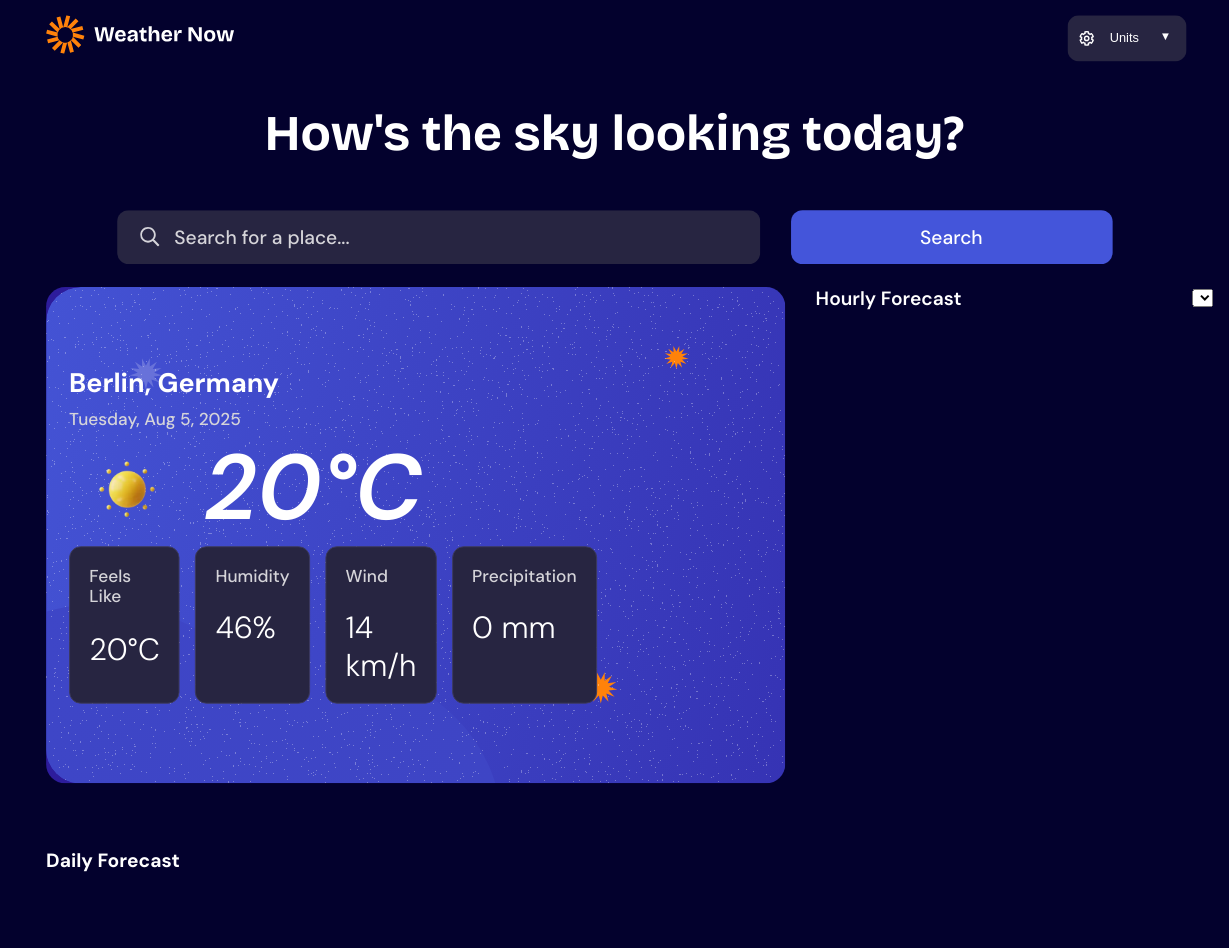
Repository: MKwaak/weather-app-main
Page: index.html
An editor plug-in stored every save of this project. The page is shown before and after the next save, followed by the edit.
The browser window is 1280 px wide. The pictures show the whole page, at 96% of full size.
The page's requests for data from a server got no answer.

Above is the page before, as saved 2026-01-29 00:19:31.

### index.html
<!doctype html>
<html lang="en">
  <head>
    <meta charset="UTF-8" />
    <meta name="viewport" content="width=device-width, initial-scale=1.0" />
    <!-- displays site properly based on user's device -->

    <link
      rel="icon"
      type="image/png"
      sizes="32x32"
      href="/assets/images/favicon-32x32.png"
    />

    <title>Frontend Mentor | Weather app</title>
    <link rel="stylesheet" href="/style.css" />
    <script src="/script.js" defer></script>

    <!-- Feel free to remove these styles or customise in your own stylesheet 👍 -->
    <style>
      .attribution {
        font-size: 11px;
        text-align: center;
      }
      .attribution a {
        color: hsl(228, 45%, 44%);
      }
    </style>
  </head>
  <body>
    <a href="#main" class="skip-link visually-hidden">skip to main content</a>

    <header class="header wrapper">
      <div class="header__content">
        <a class="header__homelink" href="/">
          <img
            class="header__logo"
            src="/assets/images/logo.svg"
            alt="Weather Now Home"
            width="197"
            height="40"
          />
        </a>

        <div class="header__units">
          <label for="ddlUnits" class="visually-hidden"
            >Temperature units</label
          >

          <div class="header__select">
            <select class="header__dropdown" name="units" id="ddlUnits">
              <option value="">Units</option>
              <option value="C">Celsius</option>
              <option value="F">Fahrenheit</option>
            </select>
          </div>
        </div>
      </div>
    </header>

    <main id="main" class="main wrapper">
      <section class="hero">
        <div class="hero__content">
          <h1 class="hero__title">How's the sky looking today?</h1>

          <form class="hero__search">
            <label for="search" class="visually-hidden">Search Location</label>
            <input
              type="text"
              id="search"
              class="hero__textbox"
              placeholder="Search for a place..."
            />
            <button class="hero__button" type="submit">Search</button>
          </form>
        </div>
      </section>

      <div class="dashboard">
        <section class="current">
          <h2 class="visually-hidden">Current Location Temperature</h2>

          <div class="current__content">
            <div class="current__weather">
              <div class="current__location">
                <div id="divCityCountry" class="current__city">
                  Berlin, Germany
                </div>
                <div id="divCurrentDate" class="current__date">
                  Tuesday, Aug 5, 2025
                </div>
              </div>

              <div class="current__info">
                <img
                  class="current__icon"
                  src="/assets/images/icon-sunny.webp"
                  alt=""
                  width="320"
                  height="320"
                />
                <div id="divCurrentTemp" class="current__temp">
                  <span>20</span>°C
                </div>
              </div>
            </div>

            <div class="current__conditions">
              <div class="block current__condition">
                <p class="current__condition-title">Feels Like</p>
                <p id="feels-like" class="current__condition-value">20°C</p>
              </div>

              <div class="block current__condition">
                <p class="current__condition-title">Humidity</p>
                <p id="humidity" class="current__condition-value">46%</p>
              </div>

              <div class="block current__condition">
                <p class="current__condition-title">Wind</p>
                <p id="wind" class="current__condition-value">14 km/h</p>
              </div>

              <div class="block current__condition">
                <p class="current__condition-title">Precipitation</p>
                <p id="precipitation" class="current__condition-value">0 mm</p>
              </div>
            </div>
          </div>
        </section>

        <section class="daily">
          <h2 class="section__title daily__title">Daily Forecast</h2>
          <div class="daily__forecast" id="dailyForecast"></div>
        </section>

        <section class="hourly">
          <div class="hourly__content">
            <div class="hourly__header">
              <h2 class="section__title hourly__title">Hourly Forecast</h2>
              <label for="hourlyDay" class="visually-hidden">Select day</label>
              <select
                name="hourly-day"
                id="hourlyDay"
                class="hourly__timeframe-select"
              >
                <!-- JS will inject current day -->
              </select>
            </div>

            <div class="hourly__hours" id="hourlyForecast">
              <!-- JS will inject hourly blocks here -->
            </div>
          </div>
        </section>
      </div>
    </main>
  </body>
</html>

### style.css
@layer global {
  /* dm-sans-300 - latin */
  @font-face {
    font-display: swap; /* Check https://developer.mozilla.org/en-US/docs/Web/CSS/@font-face/font-display for other options. */
    font-family: "DM Sans";
    font-style: normal;
    font-weight: 300;
    src: url("/assets/fonts/dm-sans-v17-latin-300.woff2") format("woff2"); /* Fixed path */
  }
  /* dm-sans-500 - latin */
  @font-face {
    font-display: swap; /* Check https://developer.mozilla.org/en-US/docs/Web/CSS/@font-face/font-display for other options. */
    font-family: "DM Sans";
    font-style: normal;
    font-weight: 500;
    src: url("/assets/fonts/dm-sans-v17-latin-500.woff2") format("woff2"); /* Fixed path */
  }
  /* dm-sans-600 - latin */
  @font-face {
    font-display: swap; /* Check https://developer.mozilla.org/en-US/docs/Web/CSS/@font-face/font-display for other options. */
    font-family: "DM Sans";
    font-style: normal;
    font-weight: 600;
    src: url("/assets/fonts/dm-sans-v17-latin-600.woff2") format("woff2"); /* Fixed path */
  }
  /* dm-sans-600italic - latin */
  @font-face {
    font-display: swap; /* Check https://developer.mozilla.org/en-US/docs/Web/CSS/@font-face/font-display for other options. */
    font-family: "DM Sans";
    font-style: italic;
    font-weight: 600;
    src: url("/assets/fonts/dm-sans-v17-latin-600italic.woff2") format("woff2"); /* Fixed path */
  }
  /* dm-sans-700 - latin */
  @font-face {
    font-display: swap; /* Check https://developer.mozilla.org/en-US/docs/Web/CSS/@font-face/font-display for other options. */
    font-family: "DM Sans";
    font-style: normal;
    font-weight: 700;
    src: url("/assets/fonts/dm-sans-v17-latin-700.woff2") format("woff2"); /* Fixed path */
  }

  /* bricolage-grotesque-regular - latin */
  @font-face {
    font-display: swap; /* Check https://developer.mozilla.org/en-US/docs/Web/CSS/@font-face/font-display for other options. */
    font-family: "Bricolage Grotesque";
    font-style: normal;
    font-weight: 400;
    src: url("/assets/fonts/bricolage-grotesque-v9-latin-regular.woff2")
      format("woff2"); /* Fixed path */
  }
  /* bricolage-grotesque-700 - latin */
  @font-face {
    font-display: swap; /* Check https://developer.mozilla.org/en-US/docs/Web/CSS/@font-face/font-display for other options. */
    font-family: "Bricolage Grotesque";
    font-style: normal;
    font-weight: 700;
    src: url("/assets/fonts/bricolage-grotesque-v9-latin-700.woff2")
      format("woff2"); /* Fixed path */
  }

  :root {
    --c-neutral-900: hsl(243, 96%, 9%);
    --c-neutral-800: hsl(243, 27%, 20%);
    --c-neutral-700: hsl(243, 23%, 24%);
    --c-neutral-600: hsl(243, 23%, 30%);
    --c-neutral-300: hsl(240, 6%, 70%);
    --c-neutral-200: hsl(250, 6%, 84%);
    --c-neutral-0: hsl(0, 0%, 100%);
    --c-orange-500: hsl(28, 100%, 52%);
    --c-blue-500: hsl(233, 67%, 56%);
    --c-blue-700: hsl(248, 70%, 36%);

    --color-main-bg: var(--c-neutral-900);
    --color-panel-bg-dark: var(--c-neutral-800);
    --color-panel-bg-dark-hover: var(--c-neutral-700);
    --color-panel-bg-medium: var(--c-neutral-700);
    --color-panel-bg-light: var(--c-neutral-600);
    --color-panel-border: var(--c-neutral-600);
    --color-text-light: var(--c-neutral-0);
    --color-text-med-light: var(--c-neutral-200);
    --color-button-bg: var(--c-blue-500);
    --color-button-bg-hover: var(--c-blue-700);

    --fs-96: calc(96 / 16 * 1rem);
    --fs-52: calc(52 / 16 * 1rem);
    --fs-32: calc(32 / 16 * 1rem);
    --fs-28: calc(28 / 16 * 1rem);
    --fs-20: calc(20 / 16 * 1rem);
    --fs-18: calc(18 / 16 * 1rem);
    --fs-16: calc(16 / 16 * 1rem);
    --fs-14: calc(14 / 16 * 1rem);

    --font-size-h1: var(--fs-52);
    --font-size-dropdown: var(--fs-14);
    --font-size-search: var(--fs-20);
    --font-size-city: var(--fs-28);
    --font-size-date: var(--fs-18);
    --font-size-temp: var(--fs-96);
    --font-size-panel-title: var(--fs-18);
    --font-size-panel-value: var(--fs-32);
    --font-size-forecast-title: var(--fs-20);
    --font-size-forecast-day: var(--fs-18);
    --font-size-forecast-temp: var(--fs-16);
    --font-size-forecast-dropdown: var(--fs-16);
    --font-size-forecast-hour: var(--fs-20);

    @media (width >= calc(700 / 16 * 1rem)) {
      --font-size-dropdown: var(--fs-16);
    }

    --color-white: hsl(0, 0%, 100%);
    --color-light-blue: hsl(223, 64%, 98%);
    --color-light-grayish-blue: hsl(223, 23%, 93%);
    --color-dark-grayish-blue: hsl(219, 14%, 63%);
    --color-very-dark-blue: hsl(218, 23%, 16%);
    --font-family-primary: "DM Sans", sans-serif; /* Removed duplicate */
    --font-family-secondary:
      "Bricolage Grotesque", sans-serif; /* Removed duplicate */
  }

  *,
  *::before,
  *::after {
    box-sizing: border-box;
  }
  * {
    margin: 0;
  }

  img {
    max-width: 100%;
  }

  body {
    font-family: "DM Sans", Arial, Helvetica, sans-serif;
    font-weight: 500;
    background-color: var(--color-main-bg);
    color: var(--color-text-light);
    line-height: 1.2;
    padding-block-end: 80px;
  }

  h1 {
    font-family: "Bricolage Grotesque", Arial, Helvetica, sans-serif;
  }

  input,
  button,
  textarea {
    font: inherit;
    width: 100%;
    border: none;
  }

  .wrapper {
    display: grid;
    /* Gebruik 'minmax' voor de middelste kolom om stabiliteit te forceren */
    grid-template-columns:
      1fr
      minmax(0, calc(1200 / 16 * 1rem))
      1fr;
    padding-inline: 16px; /* Dit vervangt die calc(100% - 32px) logica op een cleanere manier */

    @media (width >= calc(700 / 16 * 1rem)) {
      grid-template-columns:
        1fr
        minmax(0, calc(1184 / 16 * 1rem))
        1fr;
      padding-inline: 24px;
    }

    > * {
      grid-column: 2;
    }
  }

  .visually-hidden {
    position: absolute;
    left: -10000px;
    top: auto;
    width: 1px;
    height: 1px;
    overflow: hidden;
  }

  .main {
    width: 100%;
    max-width: 1280px; /* pick a number and stick to it */
    margin-inline: auto;
    padding-inline: 24px;
  }

  .dashboard {
    display: grid;
    gap: 32px;
    grid-template-areas:
      "current"
      "daily"
      "hourly";
    @media (width >= calc(1000 / 16 * 1rem )) {
      gap: 48px 32px;
      grid-template-columns: minmax(0, 2fr) minmax(0, 1fr);
      grid-template-areas:
        "current current hourly"
        "daily daily hourly";
    }
  }

  .block {
    background-color: var(--color-panel-bg-dark);
    border: 1px solid var(--color-panel-border);
    border-radius: 12px;
  }

  .visually-hidden {
    position: absolute !important;
    width: 1px;
    height: 1px;
    padding: 0;
    margin: -1px;
    overflow: hidden;
    clip: rect(0, 0, 0, 0);
    clip-path: inset(50%);
    white-space: nowrap;
    border: 0;
  }

  .skip-link:focus {
    position: absolute;
    left: 16px;
    right: 16px;
    width: auto;
    height: auto;
    margin: 0;
    clip-path: none;
    white-space: normal;
    background-color: var(--color-main-bg);
    color: var(--color-text-light);
    padding: 10px 14px;
    z-index: 1000;
  }
}

@layer component {
  .header {
    .header__content {
      display: flex;
      align-items: center;
      justify-content: space-between;
      padding-block-start: 16px;
    }

    .header__homelink {
    }
    .header__logo {
      width: calc(137 / 16 * 1rem);

      @media screen and (width >= calc(700 / 16 * 1rem)) {
        width: calc(197 / 16 * 1rem);
      }
    }

    .header__select {
      position: relative;
      width: 120px;
      height: 44px;
      overflow: visible; /* important for debugging */
    }

    .header__select::after {
      content: "▼";
      position: absolute;
      right: 12px;
      top: 50%;
      transform: translateY(-50%);
      font-size: 12px;
      color: white;
      pointer-events: none;
    }

    .header__dropdown {
      /*background-image: url("/assets/images/icon-units.svg"); This line is in HTML */
      appearance: none;
      -webkit-appearance: none;
      -moz-appearance: none;

      height: 48px;
      padding: 0 1rem 0 2.75rem;
      line-height: 48px;

      background-color: var(--color-panel-bg-dark);
      background-image: url("/assets/images/icon-units.svg");
      background-repeat: no-repeat;
      background-position: 0.75rem center;
      background-size: 16px;

      color: var(--color-text-light);
      border: none;
      border-radius: 12px;
      cursor: pointer;
    }
  }

  .hero {
    .hero__content {
      display: grid;
      justify-items: stretch; /* Dwingt kinderen om breedte te pakken */
      padding-block-start: 48px;
      width: 100%;
    }

    .hero__title {
      font-size: var(--font-size-h1);
      margin-block-end: 48px;
      text-align: center;
      line-height: 1.2;

      @media (width < calc(1000 / 16 * 1rem)) {
        max-width: 15ch;
      }
    }

    /* Hero search container */
    .hero__search {
      display: grid;
      grid-template-columns: 1fr;
      gap: 16px;

      /* MATCH DE DASHBOARD-LOGICA: */
      width: 100%;
      max-width: 1037px; /* Zorg dat dit exact gelijk is aan de max-width van je dashboard */
      margin-inline: auto; /* Dit centreert de balk, net zoals bij het dashboard */
      margin-block-end: 24px;

      @media (min-width: calc(1000 / 16 * 1rem)) {
        /* Gebruik exact dezelfde kolommen en gap als in je dashboard */
        grid-template-columns: 2fr 1fr;
        gap: 32px;
        align-items: center;
      }
    }

    /* Input box */
    .hero__textbox {
      appearance: none;
      -webkit-appearance: none;

      background-color: var(--color-panel-bg-dark);
      background-image: url("/assets/images/icon-search.svg");
      background-repeat: no-repeat;
      background-position: 24px center;
      color: var(--color-text-light);
      font-size: var(--font-size-search);
      padding: 16px 20px 16px 60px;
      border: none;
      border-radius: 12px;
      width: 100%; /* fill available space in grid */
      min-width: 0; /* allow shrinking in grid */
      box-sizing: border-box; /* include padding in width */
    }

    /* remove default focus outline */
    .hero__textbox:focus {
      outline: none;
    }

    /* accessible keyboard focus */
    .hero__textbox:focus-visible {
      box-shadow: 0 0 0 2px var(--color-panel-border);
    }

    /* placeholder text */
    .hero__textbox::placeholder {
      color: var(--color-text-med-light);
    }

    /* hover */
    .hero__textbox:hover {
      background-color: var(--color-panel-bg-dark-hover);
    }

    .hero__textbox:-webkit-autofill {
      -webkit-box-shadow: 0 0 0 1000px var(--color-panel-bg-dark) inset;
      -webkit-text-fill-color: var(--color-text-light);
    }

    /* Search button */
    .hero__button {
      background-color: var(--c-blue-500);
      border-radius: 12px;
      font-size: var(--font-size-search);
      color: var(--color-text-light);
      padding: 16px 24px; /* keep top/bottom padding */
      transition: background-color 120ms ease-in-out;
      height: 100%; /* match input height when side-by-side */
    }

    .hero__button:hover {
      /* Fixed nested selector */
      background-color: var(--color-button-bg-hover);
      cursor: pointer;
    }
  }

  .current {
    grid-area: current;
    min-width: 0; /* allow shrinking in grid */
    width: 100%; /* Dwingt de container op de grid-breedte *

    .current__weather {
      /* --- Standaard styles (Mobile First) --- */
      display: flex;
      flex-direction: column;
      gap: 16px;
      margin-block-end: 20px;
      padding: 40px 24px;
      /* width: 100%;  Cruciaal */
      background-image: url(/assets/images/bg-today-small.svg);
      background-repeat: no-repeat;
      background-color: var(--c-blue-700);
      background-size: cover;
      background-position: center-bottom;
      border-radius: 20px;
      overflow: hidden;

      /* --- Desktop aanpassingen (In de selector geschoven) --- */
      @media (width >= calc(700 / 16 * 1rem)) {
        display: grid; /* Veranderd van flex naar grid voor stabiliteit */
        /* We maken de kolommen EXTREEM voorspelbaar */
        grid-template-columns: 1fr 280px; /* <--- De 'Nuclear' kolom-fix */
        align-items: center;
        background-image: url(/assets/images/bg-today-large.svg);
        gap: 0;
        padding-block: 83px;

        /* Geen justify-content of flex-direction meer nodig door Grid */
      }

      .current__location {
        min-width: 0; /* Voorkomt dat lange namen de bak oprekken */
        text-align: center;
        @media (width >= calc(700 / 16 * 1rem)) {
          text-align: left; /* Op desktop wil je de stad links hebben staan */
        }
      }

      .current__city {
        /* ... je bestaande styles ... */
        font-size: var(--font-size-city);
        font-weight: 700;
        margin-block-end: 12px;
        white-space: nowrap; /* Dwingt de naam op één regel */
        overflow: hidden; /* Verbergt wat buiten de bak steekt */

        min-width: 0;        /* HEEL BELANGRIJK: staat de groei stil */
        max-width: 100%;     /* Mag nooit breder dan de kolom */
        overflow: hidden;    /* Voor de zekerheid */
        text-overflow: ellipsis; /* Voor de zekerheid */
      }
    }

    .current__date {
      font-size: var(--font-size-date);
      color: var(--color-text-med-light);
    }

    .current__info {
      /* Deze container zit nu in de kolom van 280px. */
      display: flex;
      align-items: center;
      gap: 20px;
      flex-shrink: 0;
      /* Mobiel: gewoon de breedte van de inhoud */
      width: auto;
      justify-content: center; /* Plakt het icoon strak tegen de rechterkant */

      @media (width >= calc(700 / 16 * 1rem)) {
        width: 280px; /* Match dit met de kolombreedte in je grid */
        justify-content: flex-end; /* Alleen op desktop rechts uitlijnen */
        flex-shrink: 0; /* Verboden om te krimpen of groeien */
      }
    }

    .current__icon {
      width: 120px;
      height: auto;
    }

    .current__temp {
      /* font-size: var(--font-size-temp); */
      font-size: var(--fs-96); /* We gebruiken direct de variabele voor de zekerheid */
      line-height: 1;
      /* letter-spacing: -0.02em;*/
      font-weight: 600;
      font-style: italic;
      /* De temperatuur mag de bak niet groter maken */
      display: inline-block;
      min-width: 1.6ch;
      text-align: right;
    }

    .current__conditions {
      display: grid;
      grid-template-columns: repeat(2, 1fr);
      gap: 16px;

      @media (width >= calc(700 / 16 * 1rem)) {
        grid-template-columns: repeat(4, 1fr);
      }

      .current__condition {
        padding: 20px;
      }

      .current__condition-title {
        font-size: var(--font-size-panel-title);
        color: var(--color-text-med-light);
        margin-block-end: 24px;
      }

      .current__condition-value {
        font-size: var(--font-size-panel-value);
        font-weight: 300;
      }
    }
  }

  .daily {
    grid-area: daily;
  }

  .daily__title {
    font-size: var(--font-size-forecast-title);
  }

  .daily__forecast {
    display: grid;
    grid-template-columns: repeat(3, 1fr);
    gap: 16px;

    @media (width >= calc(700 / 16 * 1rem)) {
      grid-template-columns: repeat(7, 1fr);
    }
  }

  .daily__day {
    display: grid;
    justify-items: center;
    gap: 16px;
    padding: 16px 10px;
    text-align: center;
  }

  .daily__day-title {
    font-size: var(--font-size-forecast-day);
  }

  .daily__day-icon {
    width: 60px;
    height: auto;
  }

  .daily__day-temps {
    display: flex;
    justify-content: space-between;
    font-size: var(--font-size-forecast-temp);
    justify-self: stretch;
    /*width: 100%;*/
  }

  .daily__day-high {
  }

  .daily__day-low {
    color: var(--color-text-med-light);
  }
}

.hourly {
  grid-area: hourly;
  display: flex;
  flex-direction: column;
  height: 100%; /* 👈 allow full grid height */
  background-color: var(--color-panel-bg-dark);
  border-radius: 20px;
  padding: 20px 16px;
}

.hourly__header {
  display: flex;
  justify-content: space-between;
  align-items: center;
  margin-block-end: 16px;
}

.hourly__title {
  font-size: var(--font-size-forecast-title);
  font-weight: 600;
}

.hourly__select {
}

.hourly__select-day {
}

/* Hourly container */
.hourly__hours {
  flex: 1; /* fill remaining height of .hourly */
  display: flex;
  flex-direction: column; /* stack vertically */
  gap: 12px; /* spacing between hour blocks */
  overflow-y: auto; /* scroll if too many hours */
  padding-right: 4px; /* optional for scrollbar spacing */
}

/* Hourly blocks */
.hourly__hour {
  display: grid;
  grid-template-columns: auto 1fr auto; /* icon | time | temp */
  align-items: center;
  padding: 12px 16px; /* slightly bigger padding for height */
  background-color: var(--color-panel-bg-medium);
  border: 1px solid var(--color-panel-border);
  border-radius: 8px;

  flex: 1 1 0; /* 👈 make each hour block grow equally */
  min-height: 60px; /* optional, keeps them readable */
}

.hourly__hour-icon {
  width: 32px;
  height: 32px;
}

.hourly__hour-time {
  text-align: left;
}

.hourly__hour-temp {
  text-align: right;
}

/* Highlight current hour */
.hourly__hour.current {
  border: 2px solid var(--color-accent);
  background-color: var(--color-panel-bg-light);
}

/* Dashboard wrapper */
.dashboard {
  display: grid;
  width: 100%; /* DIT zorgt dat hij niet 'ademt' met de tekst mee */
  max-width: calc(
    1184 / 16 * 1rem
  ); /* Zo is het gelijk aan de wrapper max-width */
  row-gap: 24px; /* vertical spacing between panels */
  column-gap: 32px; /* horizontal spacing between columns */
  margin: 0 auto; /* center horizontally */
  grid-template-areas:
    "current"
    "daily"
    "hourly";
}

@media (width >= calc(1000 / 16 * 1rem)) {
  .dashboard {
    gap: 48px 32px;
    /* DIT IS DE KEY: we vervangen 2fr 1fr door dit: */
    /*grid-template-columns: minmax(0, 2fr) minmax(0, 1fr);*/
    grid-template-columns: 65% 35%;
    grid-template-areas:
      "current hourly"
      "daily   hourly";
  }
}
/* Debug outlines - remove these later
.hero__content {
  outline: 2px solid red !important;
}
.hero__search {
  outline: 2px solid lime !important;
}
.dashboard {
  outline: 2px solid cyan !important;
}
  */

Loaded but not shown: script.js (391 lines, source omitted)

After the next save:
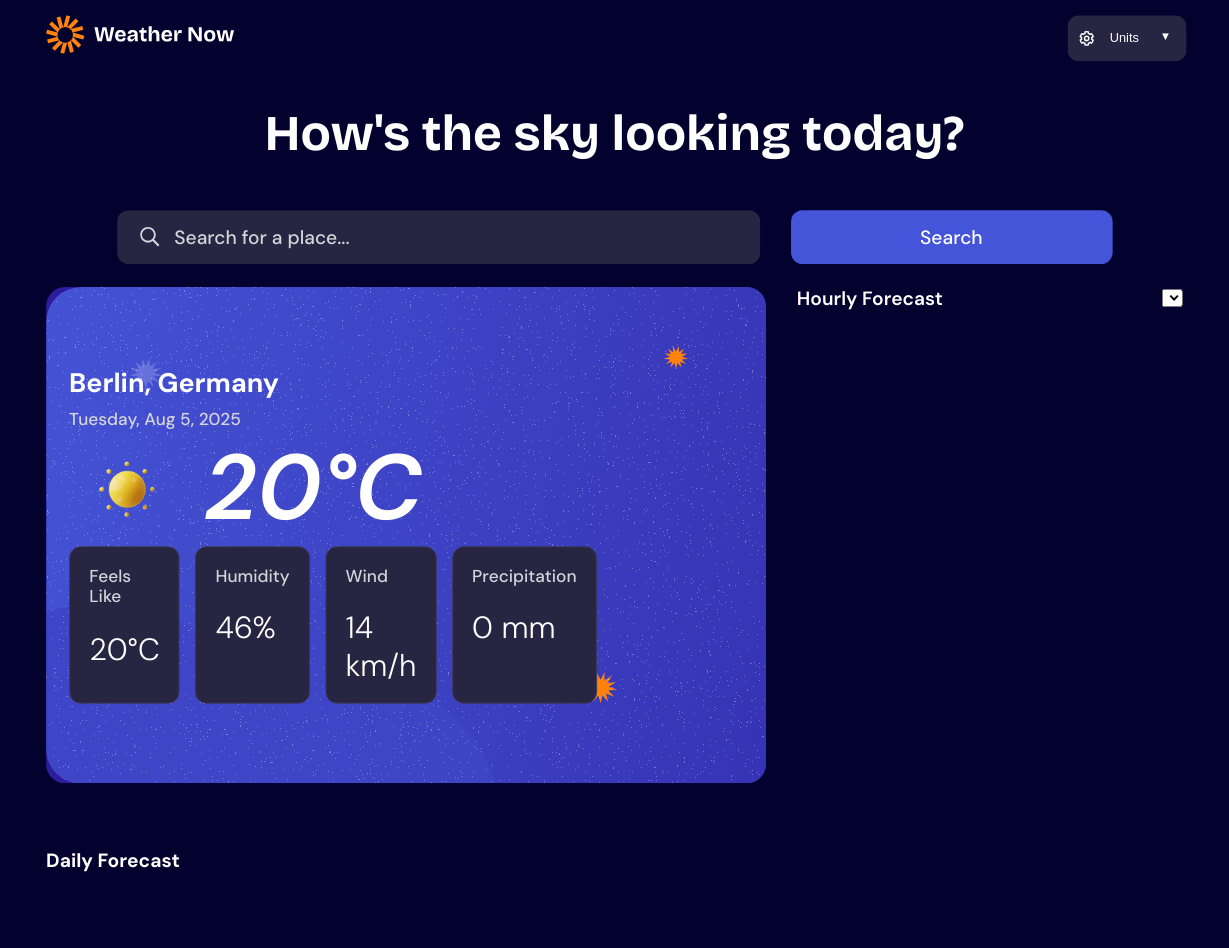
Saved 2 min 1 s later.
--- a/style.css
+++ b/style.css
@@ -669,7 +669,7 @@
     gap: 48px 32px;
     /* DIT IS DE KEY: we vervangen 2fr 1fr door dit: */
     /*grid-template-columns: minmax(0, 2fr) minmax(0, 1fr);*/
-    grid-template-columns: 65% 35%;
+    grid-template-columns: 750px 402px;
     grid-template-areas:
       "current hourly"
       "daily   hourly";
